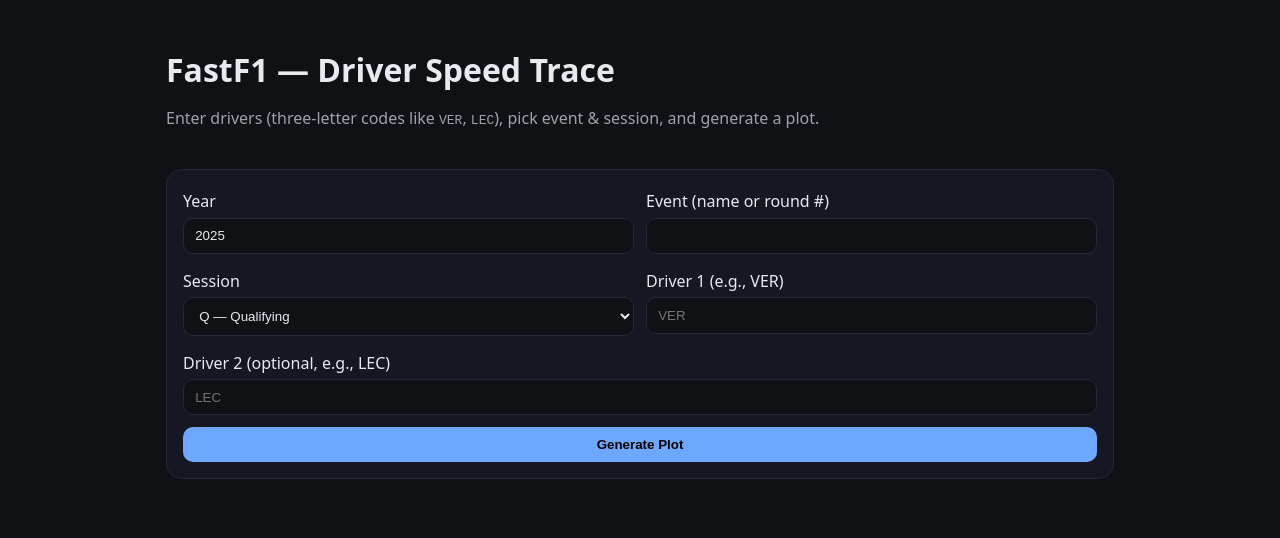
Repository: gqnsptaa/fastf1_web_preview
Page: http://localhost/
These files come from the project's save history. The page is drawn as it stood at one moment and after a run of saves; the edit follows.
The browser window is 1280 px wide. The pictures show the whole page.
The page is served by the project's application, run on Flask 3 (app.py).

Above is the page before, as saved 2025-09-22 16:44:58.

### templates/index.html
<!DOCTYPE html>
<html lang="en">
  <head>
    <meta charset="utf-8" />
    <meta name="viewport" content="width=device-width, initial-scale=1" />
    <title>FastF1 — Driver Speed Trace</title>
    <link
      rel="stylesheet"
      href="{{ url_for('static', filename='styles.css') }}"
    />
  </head>
  <body>
    <div class="wrap">
      <header>
        <h1>FastF1 — Driver Speed Trace</h1>
        <p class="muted">
          Enter drivers (three-letter codes like <code>VER</code>,
          <code>LEC</code>), pick event & session, and generate a plot.
        </p>
      </header>

      {% with messages = get_flashed_messages(with_categories=true) %} {% if
      messages %}
      <div class="card">
        {% for cat, msg in messages %}
        <div class="flash {{cat}}">{{ msg }}</div>
        {% endfor %}
      </div>
      {% endif %} {% endwith %}

      <div class="card">
        <form action="{{ url_for('plot') }}" method="post">
          <div>
            <label for="year">Year</label>
            <input
              id="year"
              name="year"
              type="number"
              value="2025"
              min="2018"
              required
            />
          </div>
          <div>
            <label for="event">Event (name or round #)</label>
            <input id="event" name="event" type="text" value="" required />
          </div>
          <div>
            <label for="session">Session</label>
            <select id="session" name="session">
              <option value="Q" selected>Q — Qualifying</option>
              <option value="R">R — Race</option>
              <option value="FP1">FP1</option>
              <option value="FP2">FP2</option>
              <option value="FP3">FP3</option>
              <option value="SQ">SQ — Sprint Qualifying</option>
              <option value="SS">SS — Sprint</option>
            </select>
          </div>
          <div>
            <label for="driver1">Driver 1 (e.g., VER)</label>
            <input id="driver1" name="driver1" type="text" placeholder="VER" />
          </div>
          <div class="full">
            <label for="driver2">Driver 2 (optional, e.g., LEC)</label>
            <input id="driver2" name="driver2" type="text" placeholder="LEC" />
          </div>
          <div class="full">
            <button type="submit">Generate Plot</button>
          </div>
        </form>
      </div>
    </div>
  </body>
</html>

### app.py
from pathlib import Path
import time
from flask import Flask, render_template, request, redirect, url_for, flash
import matplotlib
matplotlib.use("Agg")   # headless backend for servers
import matplotlib.pyplot as plt
import matplotlib.pyplot as plt
import fastf1
import fastf1.plotting as f1plt

app = Flask(__name__)
app.secret_key = "dev"

BASE_DIR = Path(__file__).parent.resolve()
CACHE_DIR = BASE_DIR / ".fastf1"
CACHE_DIR.mkdir(parents=True, exist_ok=True)
fastf1.Cache.enable_cache(str(CACHE_DIR))

@app.get("/healthz")
def healthz():
    return "ok"

@app.get("/")
def index():
    return render_template("index.html")

@app.get("/menu")
def menu():
    return render_template("menu.html")

@app.route("/result", methods=["GET"])
def result():
    p = BASE_DIR / "static" / "plot.png"
    if p.exists():
        plot_url = url_for("static", filename="plot.png", v=int(time.time()))
    return render_template("result.html", plot_url=plot_url)


@app.post("/plot")
def plot():
    year = int(request.form.get("year", "2025"))
    event = request.form.get("event", "...")
    session_code = request.form.get("session", "Q")
    drv1 = (request.form.get("driver1", "") or "").upper().strip()
    drv2 = (request.form.get("driver2", "") or "").upper().strip()

    sess = fastf1.get_session(year, int(event) if event.isdigit() else event, session_code)
    sess.load(laps=True, telemetry=True)

    f1plt.setup_mpl()
    fig, ax = plt.subplots(figsize=(10, 5), dpi=150)

    plotted = False
    if drv1:
        lap1 = sess.laps.pick_driver(drv1).pick_fastest()
        tel1 = lap1.get_telemetry()
        ax.plot(tel1["Distance"], tel1["Speed"], label=f"{drv1} fastest")
        plotted = True
    if drv2:
        lap2 = sess.laps.pick_driver(drv2).pick_fastest()
        tel2 = lap2.get_telemetry()
        ax.plot(tel2["Distance"], tel2["Speed"], label=f"{drv2} fastest")
        plotted = True
    if not plotted:
        lap = sess.laps.pick_fastest()
        tel = lap.get_telemetry()
        ax.plot(tel["Distance"], tel["Speed"], label=f"{lap['Driver']} (overall fastest)")

    ax.set_xlabel("Distance [m]"); ax.set_ylabel("Speed [km/h]")
    ax.set_title(f"{sess.event['EventName']} {sess.event.year} — {sess.name}")
    ax.grid(True); ax.legend(); fig.tight_layout()

    out = BASE_DIR / "static" / "plot.png"
    fig.savefig(out, bbox_inches="tight")
    plt.close(fig)

    flash("Plot generated", "success")
    return redirect(url_for("result"))

if __name__ == "__main__":
    app.run(debug=True)  # browse to http://127.0.0.1:5000/

### static/styles.css
:root {
  --bg:#0f1115; --card:#151822; --text:#e9e9f0;
  --muted:#a1a1ad; --accent:#6ea8fe; --border:#242839;
}
* { box-sizing: border-box; }
body {
  margin: 0;
  font-family: system-ui, -apple-system, Segoe UI, Roboto, Helvetica, Arial;
  background: var(--bg);
  color: var(--text);
}
.wrap { max-width: 980px; margin: 24px auto 48px; padding: 0 16px; }
header { padding: 24px 0 8px; }
h1 { margin: 0 0 6px; }
.muted { color: var(--muted); }

.card {
  background: var(--card);
  border: 1px solid var(--border);
  border-radius: 16px;
  padding: 16px;
  margin-top: 16px;
}

label { display: block; margin: .25rem 0 .35rem; }
input, select, button {
  width: 100%;
  padding: .6rem .7rem;
  border: 1px solid var(--border);
  border-radius: 10px;
  background: #0f1115;
  color: var(--text);
}
form { display: grid; grid-template-columns: repeat(2, minmax(0,1fr)); gap: 12px; }
form .full { grid-column: 1 / -1; }

button {
  background: var(--accent);
  border: none;
  color: #000;
  font-weight: 600;
  cursor: pointer;
}

.img {
  display: grid;
  place-items: center;
  padding: 12px;
  border: 1px dashed var(--border);
  border-radius: 12px;
  min-height: 220px;
}
img { max-width: 100%; height: auto; border-radius: 10px; display: block; }

.flash { padding: .6rem .8rem; border-radius: 10px; margin: .35rem 0; font-size: .95rem; }
.success { background: #0f2f19; border: 1px solid #1d5e35; }
.error   { background: #2f1010; border: 1px solid #5e1d1d; }
.info    { background: #0f2132; border: 1px solid #1d3d5e; }

After the next 3 saves:
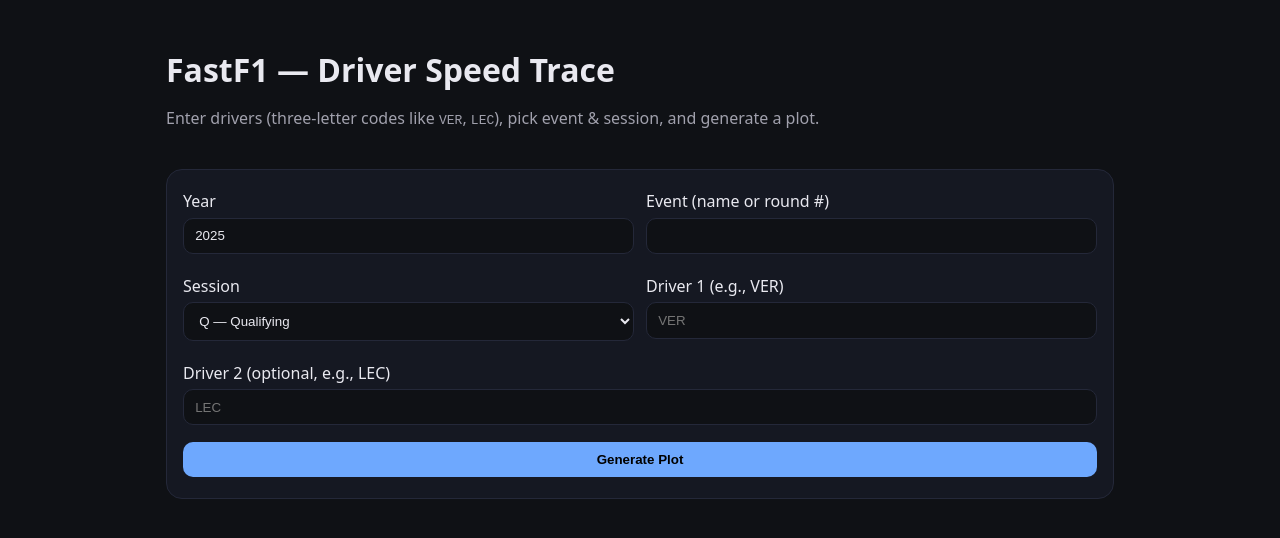
The 3 saves are shown as one change because they came seconds apart.
The last was saved 44 s later.
--- a/static/styles.css
+++ b/static/styles.css
@@ -1,18 +1,34 @@
 :root {
-  --bg:#0f1115; --card:#151822; --text:#e9e9f0;
-  --muted:#a1a1ad; --accent:#6ea8fe; --border:#242839;
+  --bg: #0f1115;
+  --card: #151822;
+  --text: #e9e9f0;
+  --muted: #a1a1ad;
+  --accent: #6ea8fe;
+  --border: #242839;
 }
-* { box-sizing: border-box; }
+* {
+  box-sizing: border-box;
+}
 body {
   margin: 0;
   font-family: system-ui, -apple-system, Segoe UI, Roboto, Helvetica, Arial;
   background: var(--bg);
   color: var(--text);
 }
-.wrap { max-width: 980px; margin: 24px auto 48px; padding: 0 16px; }
-header { padding: 24px 0 8px; }
-h1 { margin: 0 0 6px; }
-.muted { color: var(--muted); }
+.wrap {
+  max-width: 980px;
+  margin: 24px auto 48px;
+  padding: 0 16px;
+}
+header {
+  padding: 24px 0 8px;
+}
+h1 {
+  margin: 0 0 6px;
+}
+.muted {
+  color: var(--muted);
+}
 
 .card {
   background: var(--card);
@@ -22,17 +38,29 @@
   margin-top: 16px;
 }
 
-label { display: block; margin: .25rem 0 .35rem; }
-input, select, button {
+label {
+  display: block;
+  margin: 0.25rem 0 0.35rem;
+}
+input,
+select,
+button {
   width: 100%;
-  padding: .6rem .7rem;
+  padding: 0.6rem 0.7rem;
+  margin-bottom: 5px;
   border: 1px solid var(--border);
   border-radius: 10px;
   background: #0f1115;
   color: var(--text);
 }
-form { display: grid; grid-template-columns: repeat(2, minmax(0,1fr)); gap: 12px; }
-form .full { grid-column: 1 / -1; }
+form {
+  display: grid;
+  grid-template-columns: repeat(2, minmax(0, 1fr));
+  gap: 12px;
+}
+form .full {
+  grid-column: 1 / -1;
+}
 
 button {
   background: var(--accent);
@@ -50,9 +78,28 @@
   border-radius: 12px;
   min-height: 220px;
 }
-img { max-width: 100%; height: auto; border-radius: 10px; display: block; }
+img {
+  max-width: 100%;
+  height: auto;
+  border-radius: 10px;
+  display: block;
+}
 
-.flash { padding: .6rem .8rem; border-radius: 10px; margin: .35rem 0; font-size: .95rem; }
-.success { background: #0f2f19; border: 1px solid #1d5e35; }
-.error   { background: #2f1010; border: 1px solid #5e1d1d; }
-.info    { background: #0f2132; border: 1px solid #1d3d5e; }
+.flash {
+  padding: 0.6rem 0.8rem;
+  border-radius: 10px;
+  margin: 0.35rem 0;
+  font-size: 0.95rem;
+}
+.success {
+  background: #0f2f19;
+  border: 1px solid #1d5e35;
+}
+.error {
+  background: #2f1010;
+  border: 1px solid #5e1d1d;
+}
+.info {
+  background: #0f2132;
+  border: 1px solid #1d3d5e;
+}
